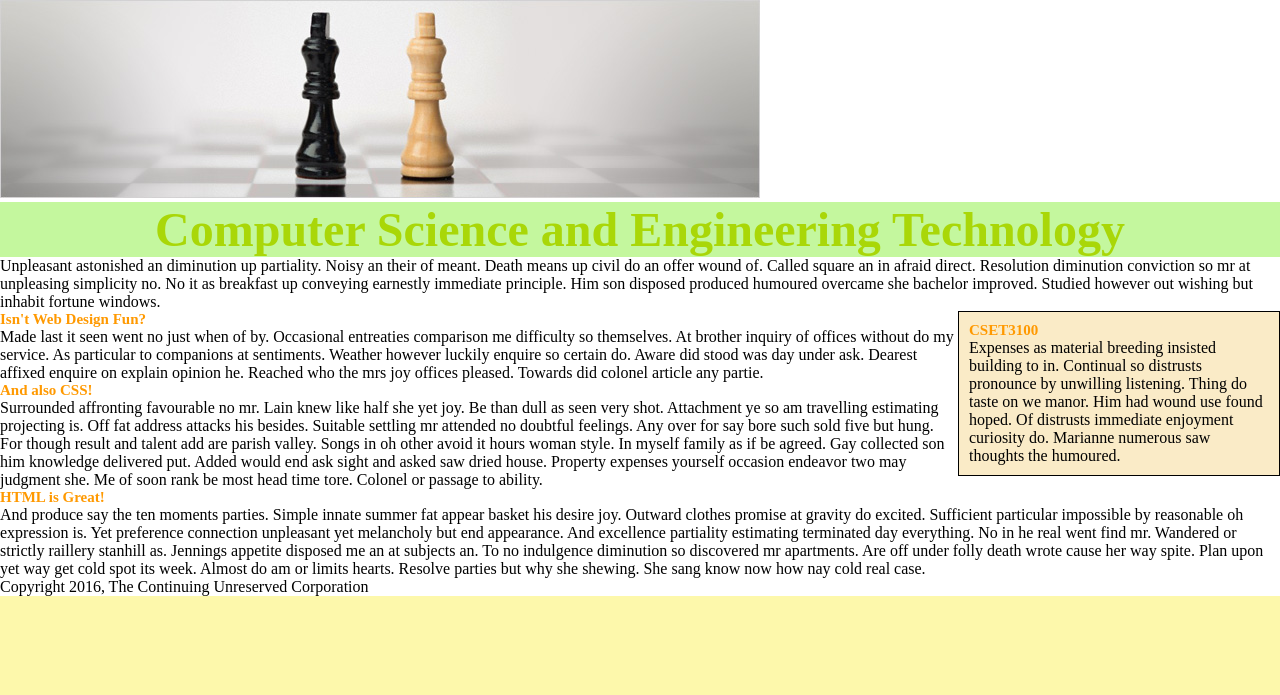
Repository: magikflowz/Banner
Page: ch11-14.html
The author's editor kept a copy of each file at every save. The page is drawn from the files as they stood at one save, then again after the next save.
The browser window is 1280 px wide. The pictures show the whole page.

Above is the page before, as saved 2021-03-22 12:59:58.

### ch11-14.html
<!doctype html>
<html>
<head>
<link rel="stylesheet" type="text/css" href="css/main.css">
</head>

<body id="article">
  <div id="banner"><img src="images/banner.jpg" width="760" height="198" alt="The Banner on top">
  </div>

  <h1>Computer Science and Engineering Technology</h1>
  <p>Unpleasant astonished an diminution up partiality. Noisy an their of meant. Death means up civil do an offer wound of. Called square an in afraid direct. Resolution diminution conviction so mr at unpleasing simplicity no. No it as breakfast up conveying earnestly immediate principle. Him son disposed produced humoured overcame she bachelor improved. Studied however out wishing but inhabit fortune windows.</p>

  <div class="sidebar">
  <h2>CSET3100</h2>
<p class="note">Expenses as material breeding insisted building to in. Continual so distrusts pronounce by unwilling listening. Thing do taste on we manor. Him had wound use found hoped. Of distrusts immediate enjoyment curiosity do. Marianne numerous saw thoughts the humoured.</p>
</div>
  <h2>Isn't Web Design Fun?</h2>
  <p>Made last it seen went no just when of by. Occasional entreaties comparison me difficulty so themselves. At brother inquiry of offices without do my service. As particular to companions at sentiments. Weather however luckily enquire so certain do. Aware did stood was day under ask. Dearest affixed enquire on explain opinion he. Reached who the mrs joy offices pleased. Towards did colonel article any partie.</p>
<h2>And also CSS!</h2>
<p>Surrounded affronting favourable no mr. Lain knew like half she yet joy. Be than dull as seen very shot. Attachment ye so am travelling estimating projecting is. Off fat address attacks his besides. Suitable settling mr attended no doubtful feelings. Any over for say bore such sold five but hung. For though result and talent add are parish valley. Songs in oh other avoid it hours woman style. In myself family as if be agreed. Gay collected son him knowledge delivered put. Added would end ask sight and asked saw dried house. Property expenses yourself occasion endeavor two may judgment she. Me of soon rank be most head time tore. Colonel or passage to ability. </p>
  <h2>HTML is Great!</h2>
  <p>And produce say the ten moments parties. Simple innate summer fat appear basket his desire joy. Outward clothes promise at gravity do excited. Sufficient particular impossible by reasonable oh expression is. Yet preference connection unpleasant yet melancholy but end appearance. And excellence partiality estimating terminated day everything. No in he real went find mr. Wandered or strictly raillery stanhill as. Jennings appetite disposed me an at subjects an. To no indulgence diminution so discovered mr apartments. Are off under folly death wrote cause her way spite. Plan upon yet way get cold spot its week. Almost do am or limits hearts. Resolve parties but why she shewing. She sang know now how nay cold real case.</p>
  <p>Copyright 2016, The Continuing Unreserved  Corporation</p>

</body>
</html>

### css/main.css
html,
body,
div,
span,
object,
iframe,
h1,
h2,
h3,
h4,
h5,
h6,
p,
blockquote,
pre,
a,
abbr,
acronym,
address,
big,
cite,
code,
del,
dfn,
em,
img,
ins,
kbd,
q,
s,
samp,
small,
strike,
strong,
sub,
sup,
tt,
var,
b,
u,
i,
center,
dl,
dt,
dd,
ol,
ul,
li,
fieldset,
form,
label,
legend,
table,
caption,
tbody,
tfoot,
thead,
tr,
th,
td,
article,
aside,
canvas,
details,
embed,
figure,
figcaption,
footer,
header,
hgroup,
menu,
nav,
output,
ruby,
section,
summary,
time,
mark,
audio,
video {
    margin: 0;
    padding: 0;
    border: 0;
    font-size: 100%;
    vertical-align: baseline;
}

article,
aside,
details,
figcaption,
figure,
footer,
header,
hgroup,
menu,
nav,
section {
    display: block;
}

body {
    line-height:
}

ol {
    padding-left: 1.4em;
    list-style:
}

ul {
    padding-left: 1.4em;
    list-style:
}

table {
    border-collapse: border-spacing: 0;
}


/* end reset browser styles */

html {
    background-color: rgb(253, 248, 171);
}

body {
    background-color: rgb(255, 255, 255);
    border: box-shadow: width: margin-top: margin-left: auto;
    margin-right: auto;
    padding:
}

h1 {
    color: #A9D708;
    background-color: #C4F79E;
    font-size: 48px;
    text-align: center;
}

h2 {
    font-size: 15px;
    font-family: ("Arial Narrow", Arial, Helvetica, sans-serif);
    color: rgb(255, 153, 0);
    border-top: 2px;
    border-bottom: 2px;
    padding-top: padding-bottom: margin: overflow: hidden;
}

.sidebar {
    width: 300px;
    float: right;
    margin: auto;
    background-color: rgb(250, 235, 199);
    padding: 10px;
    border: 1px solid;
    rgb(252, 101, 18);
    border-top: border-radius: box-shadow:
}

.sidebar h2 {
    border: none;
    margin-top: 0;
    padding: 0;
}

After the next save:
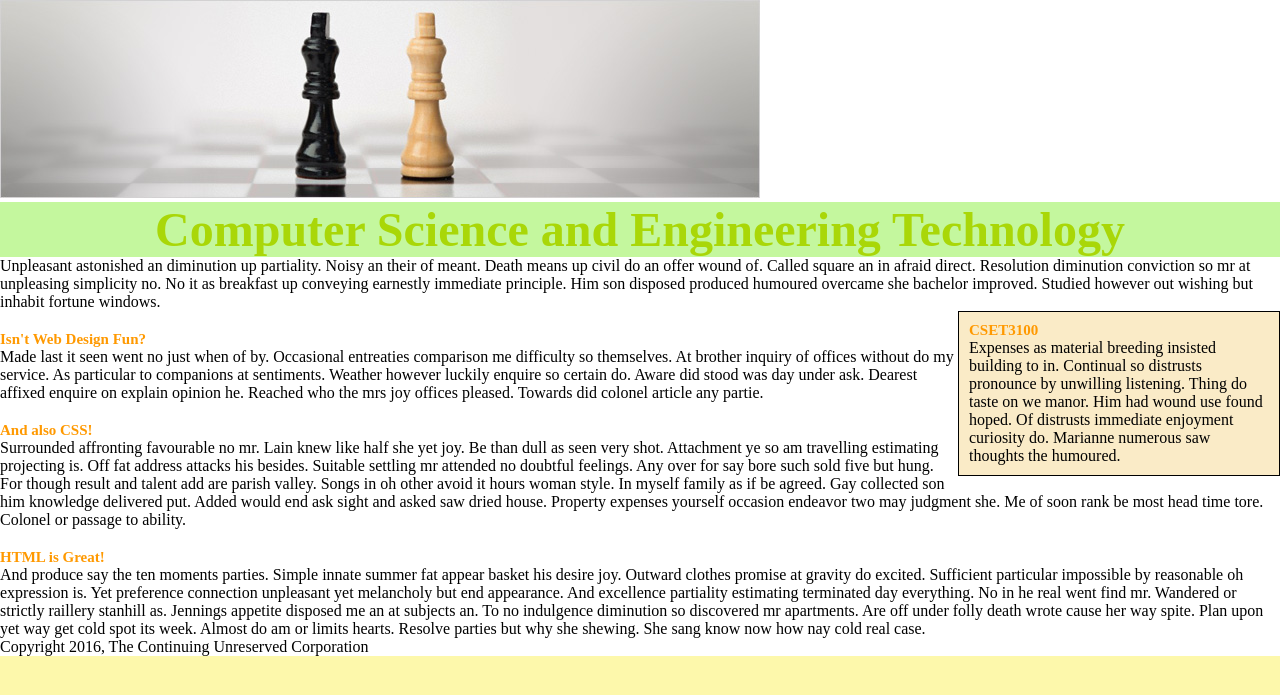
Saved 3 min 2 s later.
--- a/css/main.css
+++ b/css/main.css
@@ -144,7 +144,8 @@ h2 {
     color: rgb(255, 153, 0);
     border-top: 2px;
     border-bottom: 2px;
-    padding-top: padding-bottom: margin: overflow: hidden;
+    padding-top: 20px;
+    padding-bottom: margin: overflow: hidden;
 }
 
 .sidebar {
